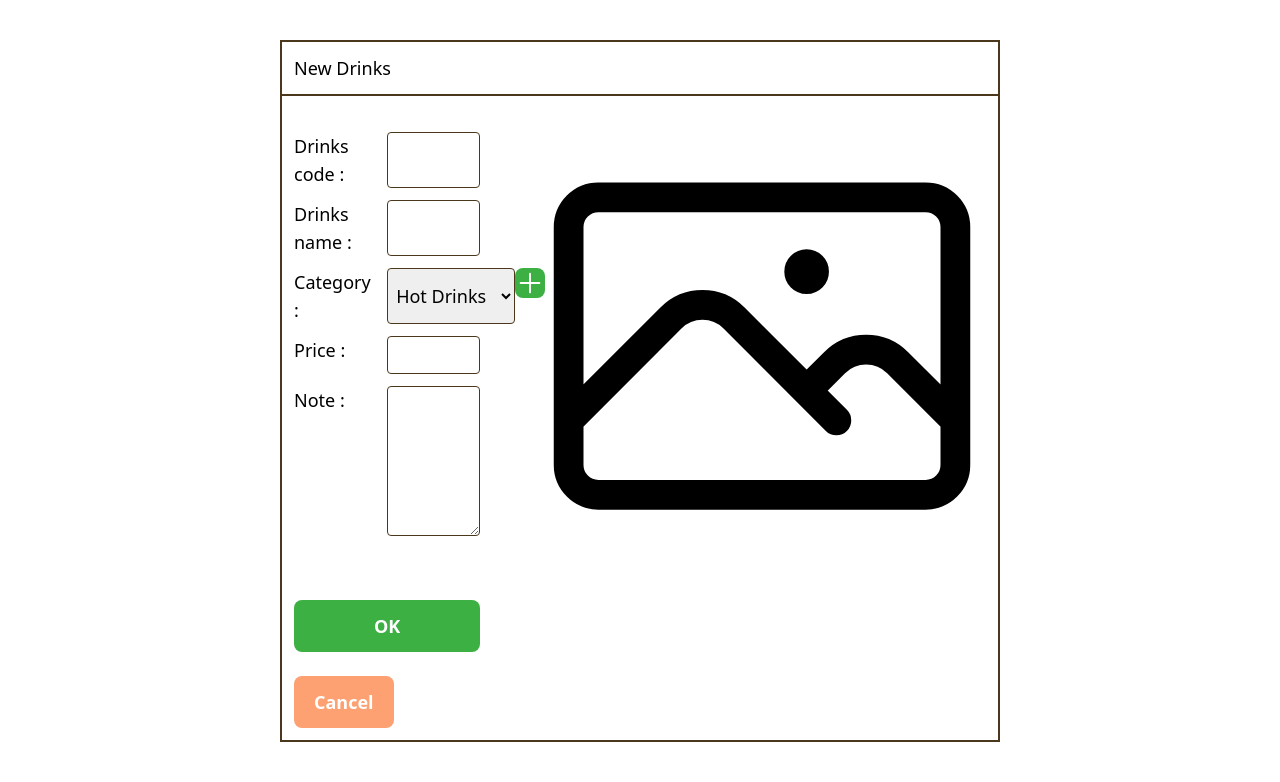
Repository: Dapravith/Midterm-SE-GIC-Cafe-Project-Group16
Page: bin/main/templates/addDrink.html
The author's editor kept a copy of each file at every save. The page is drawn from the files as they stood at one save, then again after the next save.
The browser window is 1280 px wide. The pictures show the whole page.
Some web libraries are served in a nearby version.

Above is the page before, as saved 2023-05-17 07:31:11.

### bin/main/templates/addDrink.html
<!DOCTYPE html>
<html lang="en">

<head>
    <meta charset="UTF-8">
    <meta http-equiv="X-UA-Compatible" content="IE=edge">
    <meta name="viewport" content="width=device-width, initial-scale=1.0">
    <title>CRUD PRODUCTS</title>
    <script src="https://cdn.tailwindcss.com"></script>
    <style>
        * {
            margin: 0;
            padding: 0;
            box-sizing: border-box;
        }

        button:hover {
            box-shadow: 0 12px 16px 0 rgba(228, 209, 209, 0.24), 0 17px 50px 0 rgba(90, 81, 81, 0.19);
        }
    </style>
</head>

<body class="m-10 text-lg">
    <!-- GRUD PRODUCTS -->
    <div class="new_drink w-[60%] h-fit m-auto  border-[2px] border-solid border-[#4B371C] ">
        <div class="p-3 head">
            <h2>New Drinks</h2>
        </div>
        <div class="w-[100%] border-[1px] border-solid border-[#4B371C]"></div>
        <div class="flex">
            <div class="add_drink w-[60%]">
                <div class="py-3 ">
                    <form action="#" class="p-3 ">
                        <div class="grid grid-cols-2 mt-3">
                            <label class="mr-5" for="dcode">Drinks code :</label>
                            <input type="text" id="dcode" name="" class="p-1 border-[1px] border-solid border-[#4B371C] rounded" placeholder="">
                        </div>
                        <div class="grid grid-cols-2 mt-3">
                            <label class="mr-5" for="dname">Drinks name :</label>
                            <input type="text" id="dname" name="" class="p-1 border-[1px] border-solid border-[#4B371C] rounded" placeholder="">
                        </div>
                        <div class="grid grid-cols-2 mt-3">
                            <label class="mr-5" for="category">Category :</label>
                            <div class="flex justify-between">
                                <select type="add-item" id="category" name="" class="p-1 border-[1px] border-solid border-[#4B371C] rounded" placeholder="">
                                    <option value="1">Hot Drinks</option >
                                    <option value="2" >Cool Drinks</option >
                                    <option value="3" >Frappe</option >
                                </select>
                                <button id="add_category" class=" w-fit h-fit bg-[#3CB043] text-center text-white font-bold cursor-pointer duration-100 rounded-lg">
                                    <svg xmlns="http://www.w3.org/2000/svg" fill="none" viewBox="0 0 24 24" stroke-width="1.5" stroke="currentColor" class="w-[30px] h-[30px] " onclick="showPopup()">
                                        <path stroke-linecap="round" stroke-linejoin="round" d="M12 4.5v15m7.5-7.5h-15" />
                                    </svg>
                                </button>

                            </div>

                        </div>

                        <div class="grid grid-cols-2 mt-3">
                            <label class="mr-5" for="price">Price :</label>
                            <input name="" min="0" type="number" id="price" class="p-1 border-[1px] border-solid border-[#4B371C] rounded" placeholder="">
                        </div>
                        <div class="grid grid-cols-2 mt-3">
                            <label class="mr-5" for="note">Note :</label>
                            <textarea id="note" cols="50" rows="5" name="" class="p-1 w-full border-[1px] border-solid border-[#4B371C] rounded resize-x"> </textarea>
                        </div>
                    </form>
                </div>
                <br />
                <div>
                    <button class=" py-3 bg-[#3CB043] text-center text-white font-bold px-20 m-3 inline-block cursor-pointer duration-100 rounded-lg">OK</button>
                    <button class=" py-3 px-5 bg-[#FDA172] text-center text-white  font-bold p-3 m-3 inline-block cursor-pointer duration-100 rounded-lg">Cancel</button>
                </div>
            </div>
            <div class="ml-5  img">
                <form action="#">
                    <input id="file-input" type="file" name="file" hidden>
                    <label for="file-input">
                        <svg xmlns="http://www.w3.org/2000/svg"  fill="none" viewBox="0 0 24 24" stroke-width="1.5" stroke="currentColor" class="cursor-pointer w-[500px] h-fit p-3">
                            <path stroke-linecap="round" stroke-linejoin="round" d="M2.25 15.75l5.159-5.159a2.25 2.25 0 013.182 0l5.159 5.159m-1.5-1.5l1.409-1.409a2.25 2.25 0 013.182 0l2.909 2.909m-18 3.75h16.5a1.5 1.5 0 001.5-1.5V6a1.5 1.5 0 00-1.5-1.5H3.75A1.5 1.5 0 002.25 6v12a1.5 1.5 0 001.5 1.5zm10.5-11.25h.008v.008h-.008V8.25zm.375 0a.375.375 0 11-.75 0 .375.375 0 01.75 0z" />
                          </svg>
                    </label>

                </form>

            </div>
        </div>
    </div>
    </div>
    <!-- ADD NEW CATEGORY -->
    <div class="popup w-[100vw] h-[100vh] absolute top-[0] left-[0] bg-[#f1f1f199] hidden z-[100]">
        <main class="w-[20rem] absolute top-[50%] left-[50%] translate-x-[-50%] translate-y-[-50%]">
            <div class="none w-full h-fit m-auto  border-[2px] border-solid border-[#4B371C]">
                <div class="p-3 head">
                    <h2>New Category</h2>
                </div>
                <div class="w-[100%] border-[1px] border-solid border-[#4B371C]"></div>
                <div class="">
                    <form action="#" class="p-3 add_category">
                        <div class="grid grid-cols-2 mt-3">
                            <label for="gcode">Category code :</label>
                            <input type="text" id="dcode" name="" class="category_code border-[1px] border-solid border-[#4B371C] rounded" placeholder="" required>
                        </div>
                        <div class="grid grid-cols-2 mt-3">
                            <label for="gname">Category name :</label>
                            <input type="text" id="gname" name="" class="category_name border-[1px] border-solid border-[#4B371C] rounded" placeholder="" required>
                        </div>
                        <br />
                        <div class="flex">
                            <input id="okay" type="submit" value="OK" class=" py-3 bg-[#3CB043] text-center font-bold text-white px-16 in m-3 p-3 line-block cursor-pointer duration-100 rounded-lg">
                            <button class="cancel py-3 px-5 bg-[#FDA172] text-center font-bold text-white p-3 m-3 inline-block cursor-pointer duration-100 rounded-lg">Cancel</button>
                        </div>
                    </form>
                </div>
            </div>
        </main>

    </div>
    <script>
        const addNewCat = document.getElementById("add_category");
        const popup = document.querySelector(".popup");
        const form_add_category = document.querySelector(".add_category ");

        addNewCat.addEventListener("click", showPopup);

        function showPopup() {
            popup.classList.remove('hidden')
        }

        form_add_category.addEventListener("submit", () => {
            // alert("OMG")
            clear()
            popup.classList.add('hidden')
        });

        document.querySelector('.cancel').addEventListener('click', () => {
            clear()
            popup.classList.add('hidden')
        })

        popup.addEventListener('click', (e) => {
            const target = e.target;

            if (target.classList.contains('popup')) {
                popup.classList.add('hidden')
            }
        })

        const clear = () => {
            document.querySelector('.category_name').value = ""
            document.querySelector('.category_code').value = ""
        }
    </script>
</body>

</html>

After the next save:
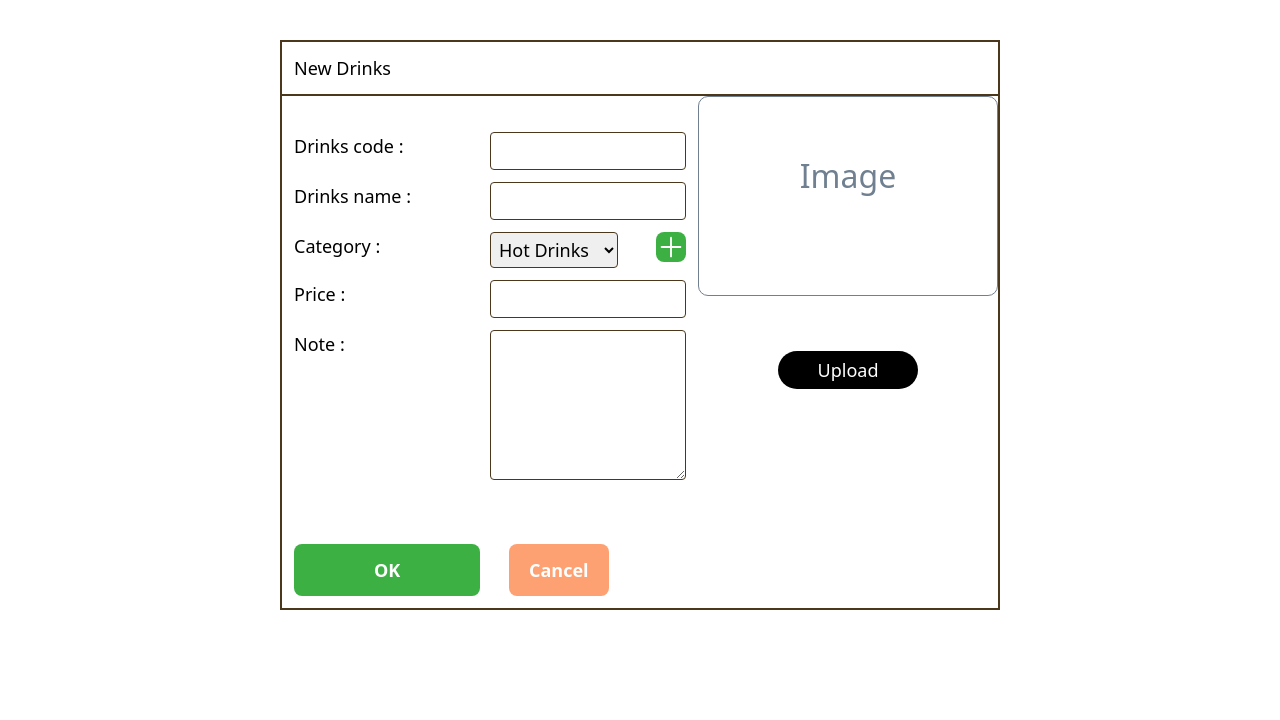
Saved 4 min 53 s later.
--- a/bin/main/templates/addDrink.html
+++ b/bin/main/templates/addDrink.html
@@ -17,11 +17,55 @@
         button:hover {
             box-shadow: 0 12px 16px 0 rgba(228, 209, 209, 0.24), 0 17px 50px 0 rgba(90, 81, 81, 0.19);
         }
+
+        .child2 {
+            height: 300px;
+            display: flex;
+            gap: 60px;
+            flex-direction: column;
+            align-items: center;
+        }
+
+        .child2 .image-container {
+            border: 1px solid slategray;
+            border-radius: 10px;
+            height: 200px;
+            width: 300px;
+            overflow: hidden;
+        }
+
+        .child2 .image-container img {
+            width: 100%;
+            object-fit: cover;
+        }
+
+        .child2 .image-container span {
+            font-size: 32px;
+            width: 100%;
+            height: 80%;
+            display: flex;
+            justify-content: center;
+            align-items: center;
+            color: slategray;
+        }
+
+        .child2 .file input {
+            display: none;
+        }
+
+        .child2 .file label {
+            padding: 7px 40px;
+            background: rgb(0, 0, 0);
+            border-radius: 20px;
+            color: #fff;
+            font-weight: 800px;
+            cursor: pointer;
+        }
     </style>
 </head>
 
 <body class="m-10 text-lg">
-    <!-- GRUD PRODUCTS -->
+    <!-- CRUD PRODUCTS -->
     <div class="new_drink w-[60%] h-fit m-auto  border-[2px] border-solid border-[#4B371C] ">
         <div class="p-3 head">
             <h2>New Drinks</h2>
@@ -73,19 +117,20 @@
                     <button class=" py-3 px-5 bg-[#FDA172] text-center text-white  font-bold p-3 m-3 inline-block cursor-pointer duration-100 rounded-lg">Cancel</button>
                 </div>
             </div>
-            <div class="ml-5  img">
-                <form action="#">
-                    <input id="file-input" type="file" name="file" hidden>
-                    <label for="file-input">
-                        <svg xmlns="http://www.w3.org/2000/svg"  fill="none" viewBox="0 0 24 24" stroke-width="1.5" stroke="currentColor" class="cursor-pointer w-[500px] h-fit p-3">
-                            <path stroke-linecap="round" stroke-linejoin="round" d="M2.25 15.75l5.159-5.159a2.25 2.25 0 013.182 0l5.159 5.159m-1.5-1.5l1.409-1.409a2.25 2.25 0 013.182 0l2.909 2.909m-18 3.75h16.5a1.5 1.5 0 001.5-1.5V6a1.5 1.5 0 00-1.5-1.5H3.75A1.5 1.5 0 002.25 6v12a1.5 1.5 0 001.5 1.5zm10.5-11.25h.008v.008h-.008V8.25zm.375 0a.375.375 0 11-.75 0 .375.375 0 01.75 0z" />
-                          </svg>
-                    </label>
-
-                </form>
-
+            <!-- image -->
+            <div class="child2">
+                <div class="image-container">
+                    <img src="" alt="" id="output">
+                    <span>Image</span>
+                </div>
+                <div class="file">
+                    <label for="file">Upload</label>
+                    <input name="file" id="file" type="file" onchange="loadFile(event)">
+                </div>
             </div>
         </div>
+    </div>
+    </div>
     </div>
     </div>
     <!-- ADD NEW CATEGORY -->
